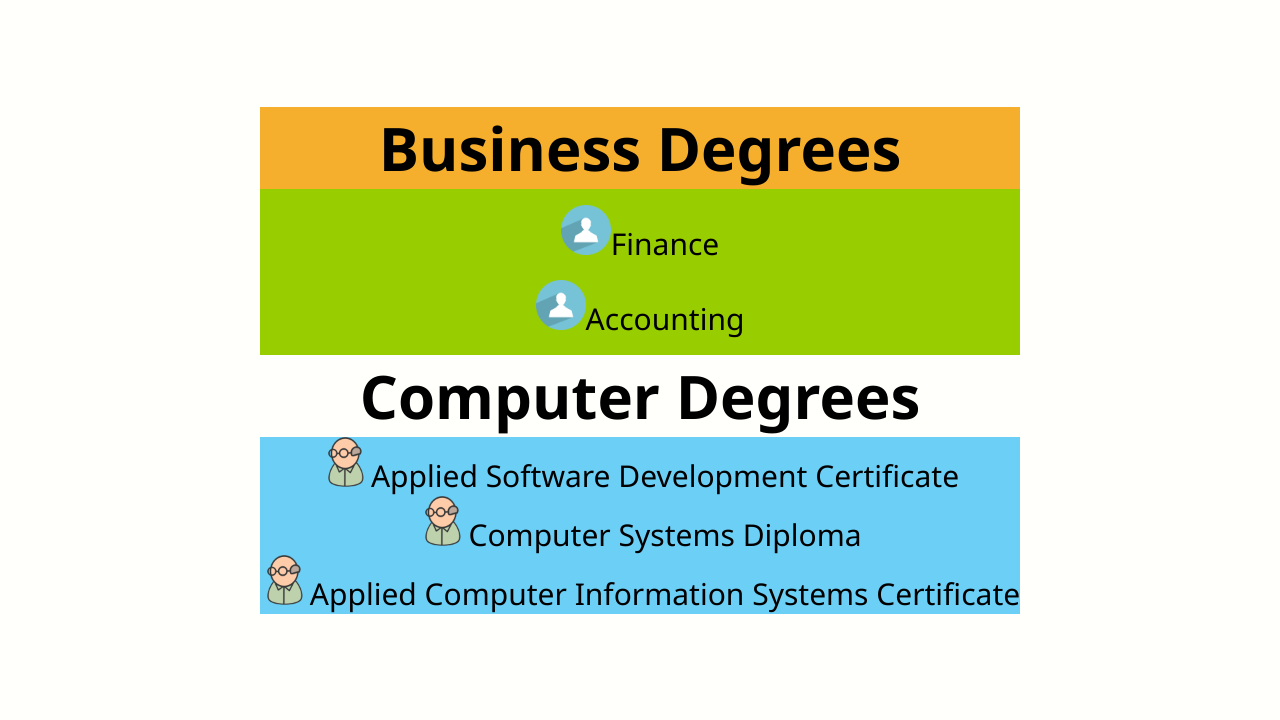
Repository: NeemaToto/mdia2109week3
Page: /
These files come from the project's save history. The page is drawn as it stood at one moment and after the next save; the edit follows.
The browser window is 1280 px wide. The pictures show the whole page.
The project was rebuilt for these pictures with package versions that can differ from the ones it lists, and the page was loaded fresh each time. The framework's server and built-in components were replaced by stand-ins that run in the browser. Also part of the build but not shown: next.config.js.

Above is the page before, as saved 2023-01-19 14:39:47.

After the next save:
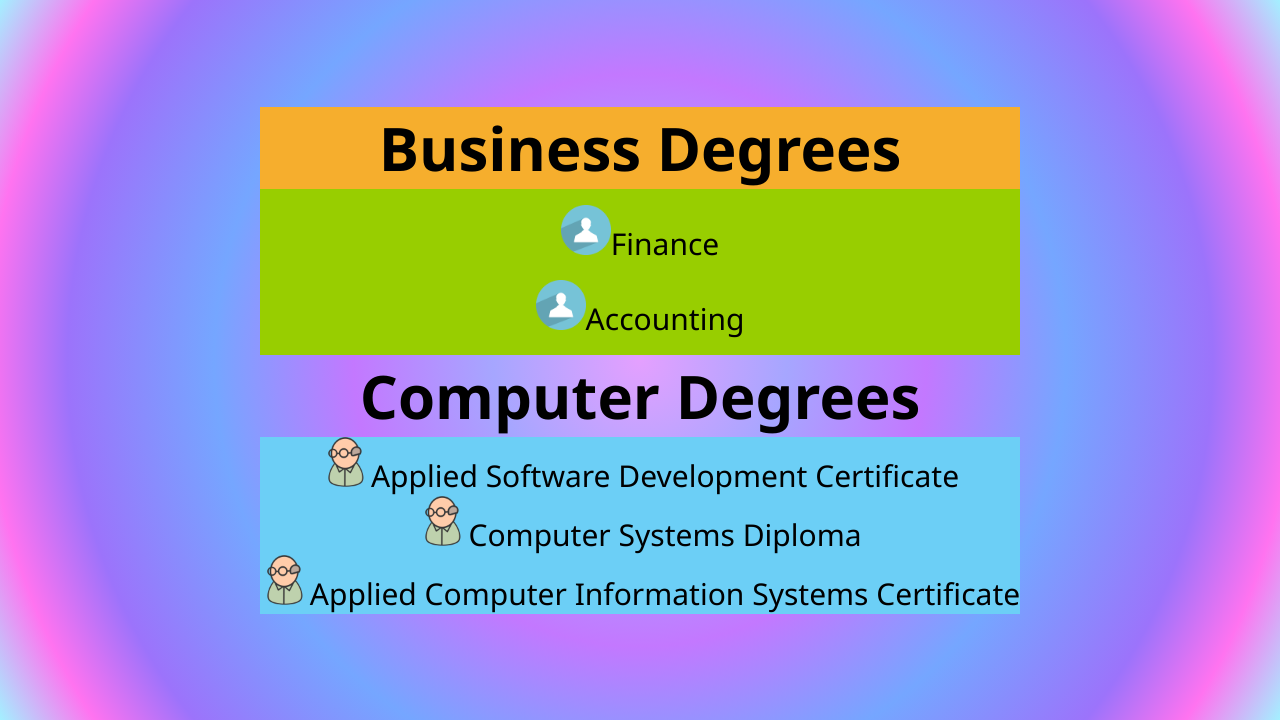
Saved 6 s later.
--- a/styles/Home.module.css
+++ b/styles/Home.module.css
@@ -5,7 +5,8 @@
   align-items: center;
   padding: 6rem;
   min-height: 100vh;
-  background-color: #FFFFFC;
+  background: rgb(228,160,255);
+background: radial-gradient(circle, rgba(228,160,255,1) 0%, rgba(166,166,255,1) 20%, rgba(195,120,255,1) 39%, rgba(117,166,255,1) 58%, rgba(156,115,251,1) 78%, rgba(255,115,240,1) 89%, rgba(163,240,255,1) 100%);
 }
 
 .description {
